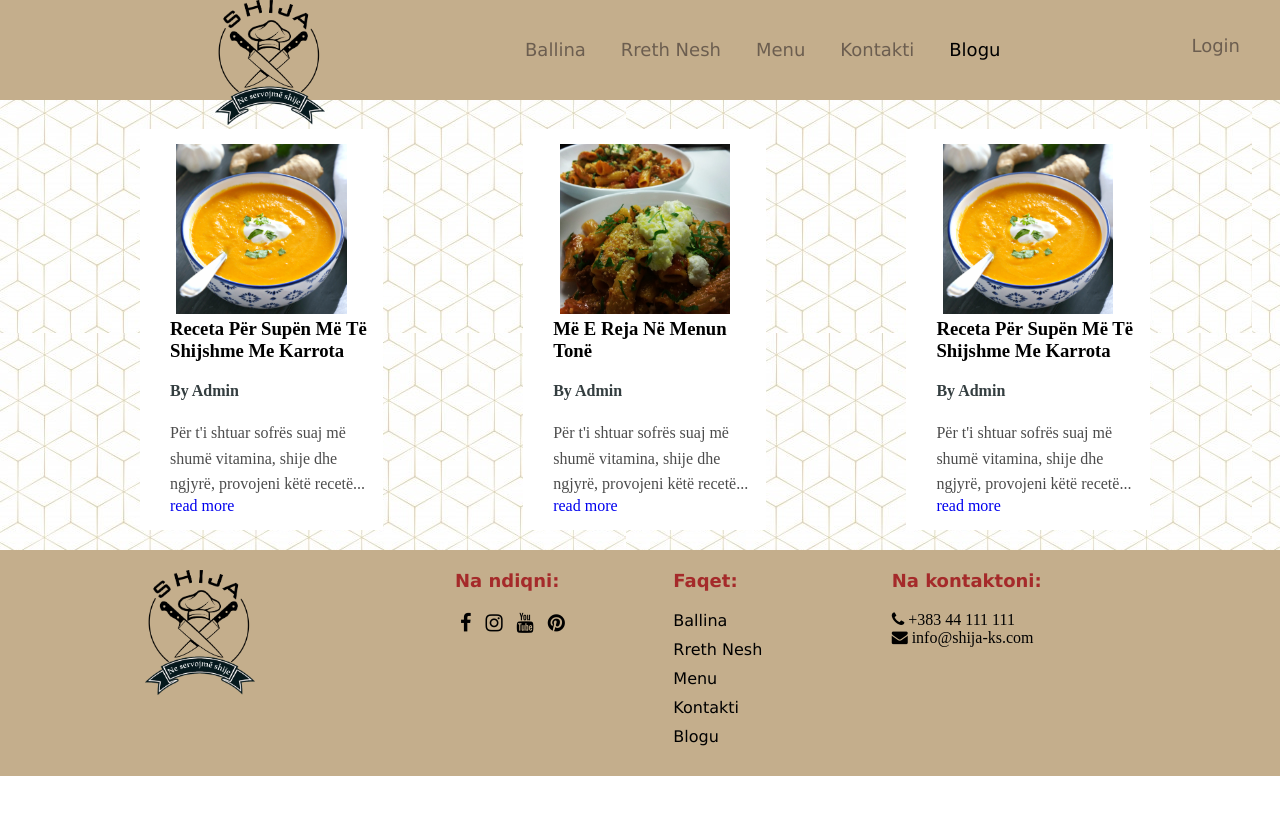
Repository: bs47892/ProjektiWeb-Shija2020
Page: blog.html
The author's editor kept a copy of each file at every save. The page is drawn from the files as they stood at one save, then again after the next save.
The browser window is 1280 px wide. The pictures show the whole page.
Some web fonts or font styles are not loaded; a fallback is used.

Above is the page before, as saved 2021-03-10 23:06:31.

### blog.html
<!DOCTYPE html>
<html lang="en" dir="ltr">
    <head>
        <meta charset="utf-8">
<title> Restaurant Shija </title>
<link rel="stylesheet" type="text/css" href ="style.css">
<link rel="stylesheet" href="https://stackpath.bootstrapcdn.com/font-awesome/4.7.0/css/font-awesome.min.css">
<link rel="preconnect" href="https://fonts.gstatic.com">

<link href="https://fonts.googleapis.com/css2?family=Dancing+Script&family=EB+Garamond&family=Lovers+Quarrel&display=swap" rel="stylesheet">
    </head>
    <body>
       <header class="header">
           <div class ="container">
               <div class="logo">
            <img src="images/logo-png.png" alt="llogo" width="110" height="125"/>
               </div>
           <nav>
            <ul>
                <li><a href="shija.html" class="underline">Ballina</a></li>
                <li><a href="RrethNesh.html" class="underline">Rreth Nesh</a></li>
                <li><a href="menu.html" class="underline">Menu</a></li>
                <li><a href="kontakti.html" class="underline">Kontakti</a></li>
                <li><a href="blog.html" class="underline active">Blogu</a></li>
            </ul>
            </nav>
            <li><a href="login/login.html" class="rightlog">Login</a></li>


           </div>
        </header>
 <!--********************Ketu perfundon tagu per header*****************************-->
<div class="container">

    <div class="row">
        <div class="col-lg-4">
            <div class="blog">
             <img src="images/foto_artikulli1.jpg">
             <div class="blog-inf">
                <h3>Receta Për Supën Më Të <br>Shijshme Me Karrota</h3>
               <span>by admin</span>
                <p>
                    Për t'i shtuar sofrës suaj më<br> shumë vitamina, shije dhe <br>ngjyrë,
                    provojeni këtë recetë...
                </p>
                <a href="#">read more</a>
             </div>
            </div>
        </div>

        <div class="col-lg-4">
            <div class="blog">
             <img src="images/foto_artikulli2.jpg">
             <div class="blog-inf">
                <h3>Më E Reja Në Menun Tonë</h3>
               <span>by admin</span>
                <p>
                    Për t'i shtuar sofrës suaj më <br>shumë vitamina, shije dhe<br> ngjyrë,
                    provojeni këtë recetë...
                </p>
                <a href="#">read more</a>
             </div>
            </div>
        </div>

        <div class="col-lg-4">
            <div class="blog">
             <img src="images/foto_artikulli1.jpg">
             <div class="blog-inf">
                <h3>Receta Për Supën Më Të<br> Shijshme Me Karrota</h3>
               <span>by admin</span>
                <p>
                    Për t'i shtuar sofrës suaj më <br>shumë vitamina, shije dhe<br> ngjyrë,
                    provojeni këtë recetë...
                </p>
                <a href="#">read more</a>
             </div>
            </div>
        </div>
    </div>

</div>

 <!--**************************Ketu fillon footeri**********************************-->
<footer class="footer">
    <div class="inner_footer">
        <div class="logo">
            <img src="images/logo-png.png" alt="llogo" width="110" height="125"/>
        </div>
        <div class ="footer_third">

            <h3>Na ndiqni: </h3>
            <p>

            </p>
            <div class="socials">
            <ul>
            <li><a href="#"><i class="fa fa-facebook"></i></a></li>
            <li><a href="#"><i class="fa fa-instagram"></i></a></li>
            <li><a href="#"><i class="fa fa-youtube"></i></a></li>
            <li><a href="#"><i class="fa fa-pinterest"></i></a></li>
            </ul>
            </div>
        </div>
        <div class ="footer_third">
            <h3>Faqet: </h3>
            <p>

            </p>
            <div class="menu">
            <ul>
                <li><a href="shija.html">Ballina</a></li>
                <li><a href="RrethNesh.html">Rreth Nesh</a></li>
                <li><a href="menu.html">Menu</a></li>
                <li><a href="kontakti.html">Kontakti</a></li>
                <li><a href="blog.html">Blogu</a></li>
            </ul>
            </div>
            </div>

        <div class ="footer_third">
            <h3>Na kontaktoni: </h3>
            <p>

            </p>
            <div class="kontakti">
                <i class="fa fa-phone"> +383 44 111 111</i>
            <i class ="fa fa-envelope"> info@shija-ks.com</i>
            </div>
        </div>





    </footer>
    </body>
</html>

### style.css
*{
    margin:0;
    padding:0;
    list-style: none;
    text-decoration: none;
}
body{
    background-image:url(images/mainbackground.jpg);
}


header{
    min-height: 100px;
    background-color: rgb(196, 174, 140);
}
.logo {

    float:left;
    padding: 0 200px 0 215px;

}
nav ul li{
    float: left;
    line-height: 100px; /*text in the center*/
    padding-right: 15px;
}

nav ul li a{
    display: block;
    font-size: 18px;
    font-family:Verdana, Geneva, Tahoma, sans-serif;
    color:rgba(44, 37, 37, 0.582);
    padding: 0px 20px 1px 0px;

}

nav ul li a:hover{
    color:rgb(0, 0, 0);
}

.underline {
    display: inline;
    position: relative;
    user-select: none;
}



.underline::before {
    content: '';
    position: absolute;
    width: 100%;
    transform: scaleX(0);
    height: 3px;
    bottom: 0;
    left: 0;
    background-color: #000000c4;
    transform-origin: center;
    transition: transform 0.30s ease-out;
}
.underline:hover::before {
    transform: scaleX(1);
    transform-origin: center;
}

.active {
    color: black;
}
footer{
    position: relative;;    /*rreshti 47 dhe 48 e definojne poziten e footerit*/
    bottom: 0;
    width: 100vw;
    display: block;
    overflow: hidden;
    padding: 20px 0;
    box-sizing: border-box;
    background-color: rgb(196, 174, 140);
}
.inner_footer{
    display: block;
    margin: 0 auto;
    width: 1100px;
}
.inner_footer .logo{
   padding-left: 5%;

}
.inner_footer .footer_third{

  width: calc(21.666666667% - 20px);
  display: inline;
    float:left;
    height:100%
}
.inner_footer .footer_third:last-child{
    margin-right:0;
}
.inner_footer .footer_third h3{
    font-family: Verdana, Geneva, Tahoma, sans-serif;
    font-size:18px;
    color: brown;
    display:block;
    width: 100%;
    margin-bottom:20px;
}
.inner_footer .footer_third .socials a{
    font-family: Verdana, Geneva, Tahoma, sans-serif;

    display:block;
    color: black;
    font-weight:200;
    width: 100%;
    padding-bottom:20px;
}
.inner_footer .footer_third .socials li{
    display: inline-block;
    padding: 0 5px;
    font-size: 20px;
}
.inner_footer .footer_third .menu a{
    font-family:Verdana, Geneva, Tahoma, sans-serif;
    display:block;
    color: black;
    padding-bottom:10px;
}

.rightlog {
    float: right;
    display: block;
    font-size: 18px;
    font-family:Verdana, Geneva, Tahoma, sans-serif;
    color:rgba(44, 37, 37, 0.582);
    padding: 35px 40px 35px 35px;
}

.rightlog:hover {
    color: black;
}
/*main page (slider)*/
.slider{


    transform: translate(-25%, 0%);
       width:800px;
       height:500px;
       border-radius: 10px;
       overflow:hidden;

   }
   .slides{
       width:500%;
       height: 500px;
       display: flex;
   }
   .slides input{
       display: none;
   }
   .slide{
       width:20%;
       transition: 2s;
   }
   .slide img{
       width:800px;
       height:500px;
   }
   .navigation-manual{
   position: absolute;
   width:800px;
   margin-top: 460px;
   display: flex;
   justify-content: center;

   }
   .manual-btn{
       border:2px solid black;
       padding: 5px;
       border-radius: 10px;
       cursor:pointer;
       transition:1s;
   }
   .manual-btn:not(:last-child){
       margin-right: 40px;
   }
   .manual-btn:hover{
       background-color: black;

   }
   #radio1:checked ~ .first{
       margin-left:0;
   }
   #radio2:checked ~ .first{
       margin-left:-20%;
   }
   #radio3:checked ~ .first{
       margin-left:-40%;
   }
   #radio4:checked ~ .first{
       margin-left:-60%;
   }
   .navigation-auto{
       position: absolute;
       display: flex;
       width:800px;
       justify-content: center;
       margin-top: 460px;
   }
   .navigation-auto div{
       border:2px solid black;
       padding:5px;
       border-radius:10px;
       transition: 1s;
   }
   .navigation-auto div:not(:last-child){
       margin-right: 40px;
   }
   #radio:checked ~ .navigation-auto.auto-btn1{
       background: black;
   }
   #radio:checked ~ .navigation-auto.auto-btn2{
       background: black;
   }
   #radio:checked ~ .navigation-auto.auto-btn3{
       background: black;
   }
   #radio:checked ~ .navigation-auto.auto-btn4{
       background: black;
   }
   /*main slider perfundon ketu*/

   /*sllogani*/
   .sllogani{
       display:block;
       border:2px dotted rgb(196, 174, 140);
       height: 200px;
       width: 100%;
       background-color:white;
       margin-top: 50px;
   }
   .sllogani h1{
      font-size: 500%;
      font-family:  'Dancing Script', cursive;
      color: rgb(102, 69, 65);
      margin-top: 50px;
      margin-left: 30%;

   }
   /*perfundoi sllogani*/
   /*specialitet*/
   .specialiteti{
       display: block;
       border:1px solid white;
       height: 400px;
       width:100%;

   }
   .specialiteti img{
       float:left;
       margin-top:100px;
       margin-left: 20px;
       size: 275, 153;
   }
   .specialiteti h1{
       font-size: 300%;
       margin-top: 80px;
       font-family: 'EB Garamond', serif;
       font-style: italic;
   }
   .specialiteti p{
       float:right;
       font-size: 180%;
       margin-top: 25px;
       margin-right: 50px;
       line-height: 35px;
       font-family: 'EB Garamond', serif;
   }
   /*perfundon specialiteti*/
   .lokacioni{
    display: block;
    border:1px solid white;
    height: 500px;
    width:100%;
    background-color: white;

   }
.lokacioni img{
 float: left;
 margin-left: 50px;
}
.lokacioni h1{
    font-family: 'EB Garamond', serif;
    font-style: italic;
    margin-top: 50px;
    margin-left: 600px;
}
.lokacioni p{
float: right;
margin-right: 300px;
margin-top:50px;
font-size: 130%;
line-height: 50px;
font-family: 'EB Garamond', serif;
}
.lokacioni p i{
    color:rgb(143, 96, 91);
}

/* Rreth nesh */
.body02 {
    background-image:url(images/rrethdesc.png);
    height: 600px;
    width: 1536px;
}
.about-section{
    font-family: Verdana, Geneva, Tahoma, sans-serif;
}

.inner-container{
    height: 400px;
    font-family: 'Poppins', sans-serif;
}

.inner-container h1{
    font-size: 30px;
    font-weight: 900;
}

.text{
    font-size: 20px;
    color: #545454;
    line-height: px;
    text-align: justify;

}

h1 {
    margin-left: 41%;
    padding-top: 5px;
}

h2 {
    padding-top: 50px;
    padding-left: 30px;
}

p {
    line-height: 24px;
}

/*Menu fillon ketu*/
.menuja{
    border:3px dotted brown;
    border-radius: 10px;
    height: auto;
    width: 60%;
margin-left: 20%;
margin-top: 30px;
margin-bottom: 30px;
}
.menuja h1{
    font-family: 'Dancing Script', cursive ;
    font-size: 500%;
}
.menuja .titull{
    border: 1px solid black;
    height: 40px;
    width: 150px;
    text-align: center;
    background-color: coral;
    margin-left: 40%;
    margin-top: 50px;
}
.menuja .titull h2{
padding:0;
font-family: 'EB Garamond', serif;
}
.menuja ul{
    font-family: 'EB Garamond', serif;
    margin-left: 30px;
    margin-top: 15px;
    font-size: 200%;
    margin-bottom: 15px;

}
/*Menu perfundon ketu*/


/*Contact Form fillon ketu*/

.containerc {
    max-width: 700px;
    width: 100%;
    margin: 0% 30% 30% 28% ;
    position: relative;
  }

  #contact input[type="text"],
  #contact input[type="email"],
  #contact input[type="tel"],
  #contact input[type="url"],
  #contact textarea,
  #contact button[type="submit"] {
    font: 400 12px/16px "Roboto", Helvetica, Arial, sans-serif;
  }

  #contact {
    background: #F9F9F9;
    padding: 25px;
    margin: 150px 0;
    box-shadow: 0 0 20px 0 rgba(0, 0, 0, 0.2), 0 5px 5px 0 rgba(0, 0, 0, 0.24);
  }

  #contact h3 {
    display: block;
    font-size: 40px;
    font-weight: 300;
    margin-bottom: 10px;
    text-align:center;
    font-family: Fjalla One, sans-serif;
  }

  #contact h4 {
    margin: 5px 0 15px;
    display: block;
    font-size: 13px;
    font-weight: 400;
    text-align: center;
    font-family: Fjalla One, sans-serif;
  }

  fieldset {
    border: medium none !important;
    margin: 0 0 10px;
    min-width: 100%;
    padding: 0;
    width: 100%;
  }

  #contact input[type="text"],
  #contact input[type="email"],
  #contact input[type="tel"],
  #contact input[type="url"],
  #contact textarea {
    width: 100%;
    border: 1px solid #ccc;
    background: #FFF;
    margin: 0 0 5px;
    padding: 10px;
    font-family: Arial, Helvetica, sans-serif;
  }

  #contact input[type="text"]:hover,
  #contact input[type="email"]:hover,
  #contact input[type="tel"]:hover,
  #contact input[type="url"]:hover,
  #contact textarea:hover {
    -webkit-transition: border-color 0.3s ease-in-out;
    -moz-transition: border-color 0.3s ease-in-out;
    transition: border-color 0.3s ease-in-out;
    border: 1px solid #aaa;
    font-family: Arial, Helvetica, sans-serif;
  }

  #contact textarea {
    height: 100px;
    max-width: 100%;
    resize: none;
  }

  #contact button[type="submit"] {
    cursor: pointer;
    width: 100%;
    border: none;
    background: #000000e1;
    color: rgb(255, 255, 255);
    margin: 0 0 5px;
    padding: 10px;
    font-size: 15px;
    border: 3px solid black;
    border-radius: 10px;
  }

  #contact button[type="submit"]:hover {
    background: rgba(255, 255, 255, 0);
    color: rgb(11, 59, 11);
    border: 3px solid black;
    -webkit-transition: background 1s ease-in-out;
    -moz-transition: background 1s ease-in-out;
    transition: background-color 1s ease-in-out;
  }

  #contact button[type="submit"]:active {
    box-shadow: inset 0 1px 3px rgb(126, 0, 0);
  }

  .copyright {
    text-align: center;
  }

  .aboutlink {
    font-size: 18px;
    color: #000000;
  }

  .aboutlink:hover {
    font-size: 18.9px;
  }

  #contact input:focus,
  #contact textarea:focus {
    outline: 0;
    border: 1px solid #aaa;
  }

  ::-webkit-input-placeholder {
    color: #888;
  }

  :-moz-placeholder {
    color: #888;
  }

  ::-moz-placeholder {
    color: #888;
  }

  :-ms-input-placeholder {
    color: #888;
  }

  /*CSS per faqe blog*/
  .row{
    width:100%;
    height: auto;
    display: flex;
    flex-direction: row;
    margin-bottom: 20px;


}

  .blog{
    margin :15px 0;

}

.blog img{
    max-height: 70%;
    max-width: 70%;
    margin-left:15%;

}
p{
    text-align: left;
    opacity: 0.7;
    line-height: 1.6;
}
.col-lg-4{
    max-width: 19%;
    background-color: #fff;
   margin-left: 140px;


}

.blog-inf{
    max-width: 200px;
    background-color: #fff;
    margin-left: 30px;

}
.blog-inf h3{
   font-family: 'Dancing Script', cursive;
}
.blog-inf p{
    font-family: 'EB Garamond', serif;
}
/*
.blog-inf h3{
    font-size: 1.5rem;
    margin:10px 0;
    text-transform: capitalize;
}
*/
.blog-inf span{
    display: block;
    margin: 20px 0;
    color: #343e40;
    text-transform: capitalize;
    font-weight: 600;
}

After the next save:
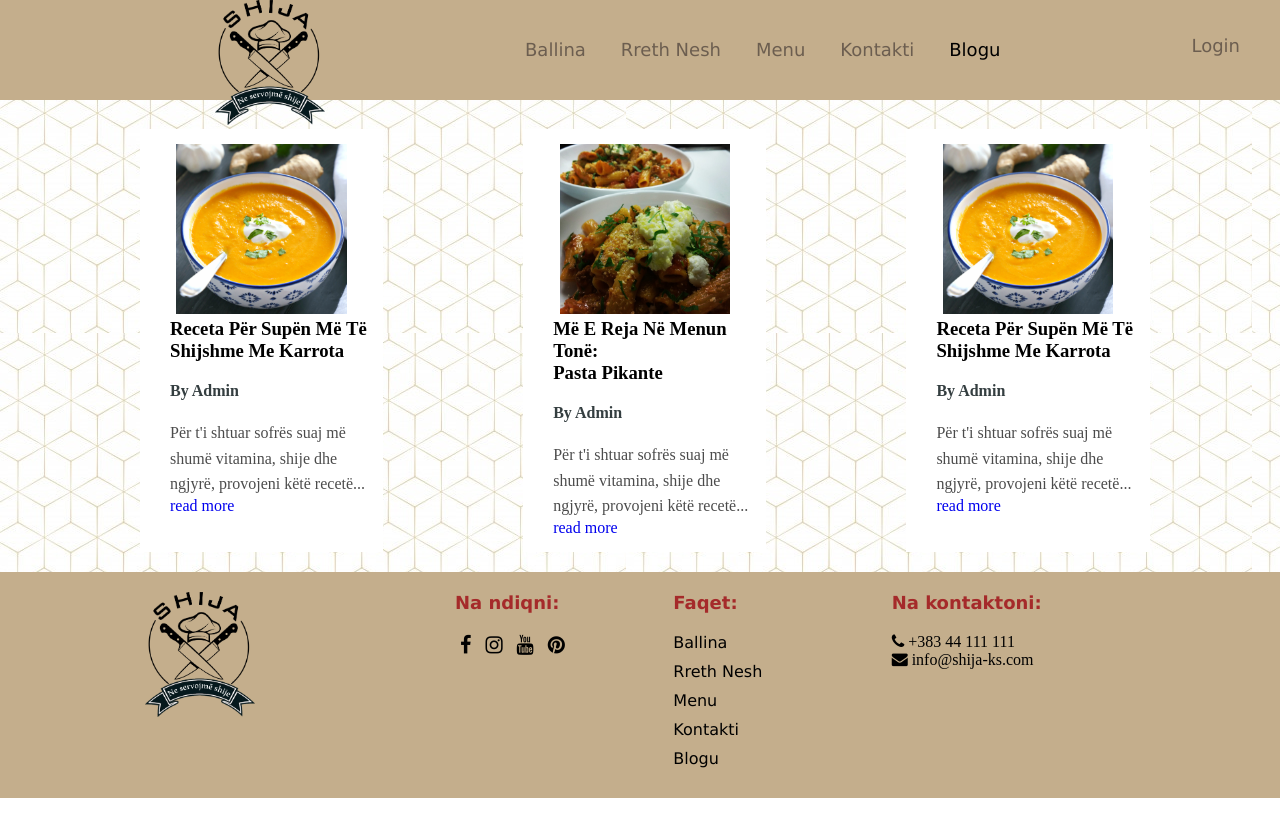
Saved 37 s later.
--- a/blog.html
+++ b/blog.html
@@ -52,7 +52,7 @@
             <div class="blog">
              <img src="images/foto_artikulli2.jpg">
              <div class="blog-inf">
-                <h3>Më E Reja Në Menun Tonë</h3>
+                <h3>Më E Reja Në Menun Tonë: <br> Pasta Pikante</h3>
                <span>by admin</span>
                 <p>
                     Për t'i shtuar sofrës suaj më <br>shumë vitamina, shije dhe<br> ngjyrë,
